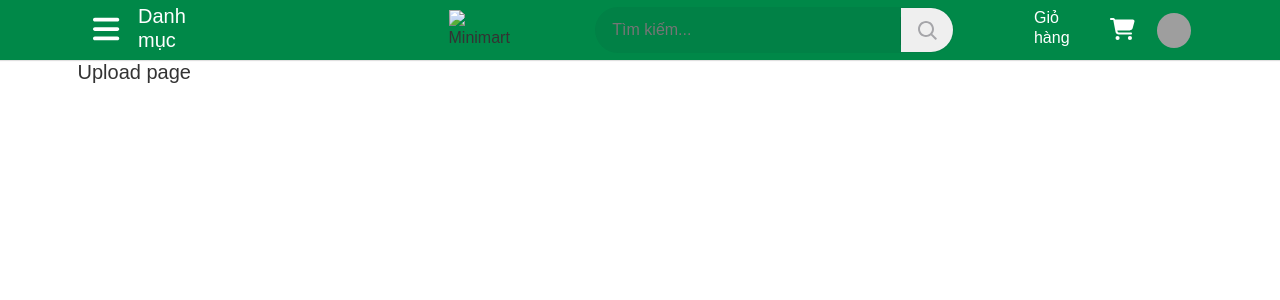
Repository: Duytan05/tiktok-ui
Page: /upload
These files come from the project's save history. The page is drawn as it stood at one moment and after the next save; the edit follows.
The browser window is 1280 px wide. The pictures show the whole page.
Pictures or frames that could not be fetched are drawn as grey boxes. Some web fonts or font styles are not loaded; a fallback is used. The project was rebuilt for these pictures with package versions that can differ from the ones it lists, and the page was loaded fresh each time. Also part of the build but not shown: src/component/Button/Button.module.scss, src/component/Popper/Popper.module.scss, src/component/Popper/Menu/Menu.module.scss, src/component/Popper/Menu/Header.js, src/component/AccountItem/AccountItem.module.scss, src/component/AccountItem/index.js, src/component/Layout/components/Cart/CartItem.js, src/component/Layout/components/Container/Container.module.scss and 16 more.

Above is the page before, as saved 2023-05-23 14:14:26.

After the next save:
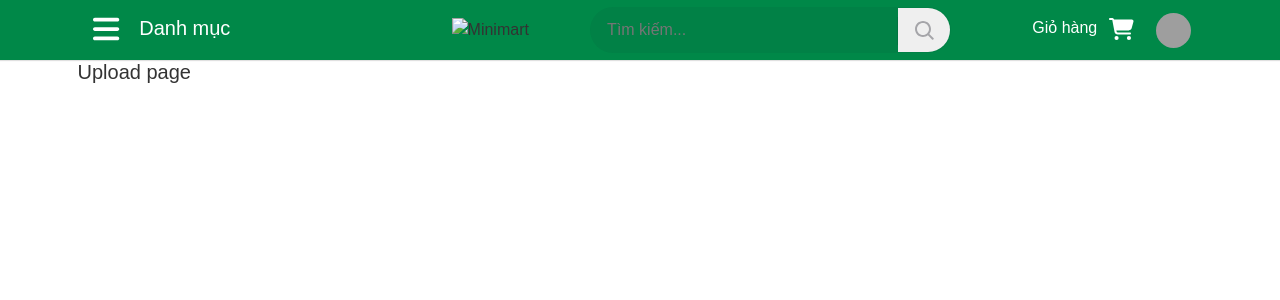
Saved 9 s later.
--- a/src/component/Layout/components/Header/Header.module.scss
+++ b/src/component/Layout/components/Header/Header.module.scss
@@ -66,7 +66,7 @@
 }
 .logo {
     margin-left: 180px;
-    margin-right: 70px;
+    margin-right: 60px;
 }
 .cart {
     font-size: 16px;
